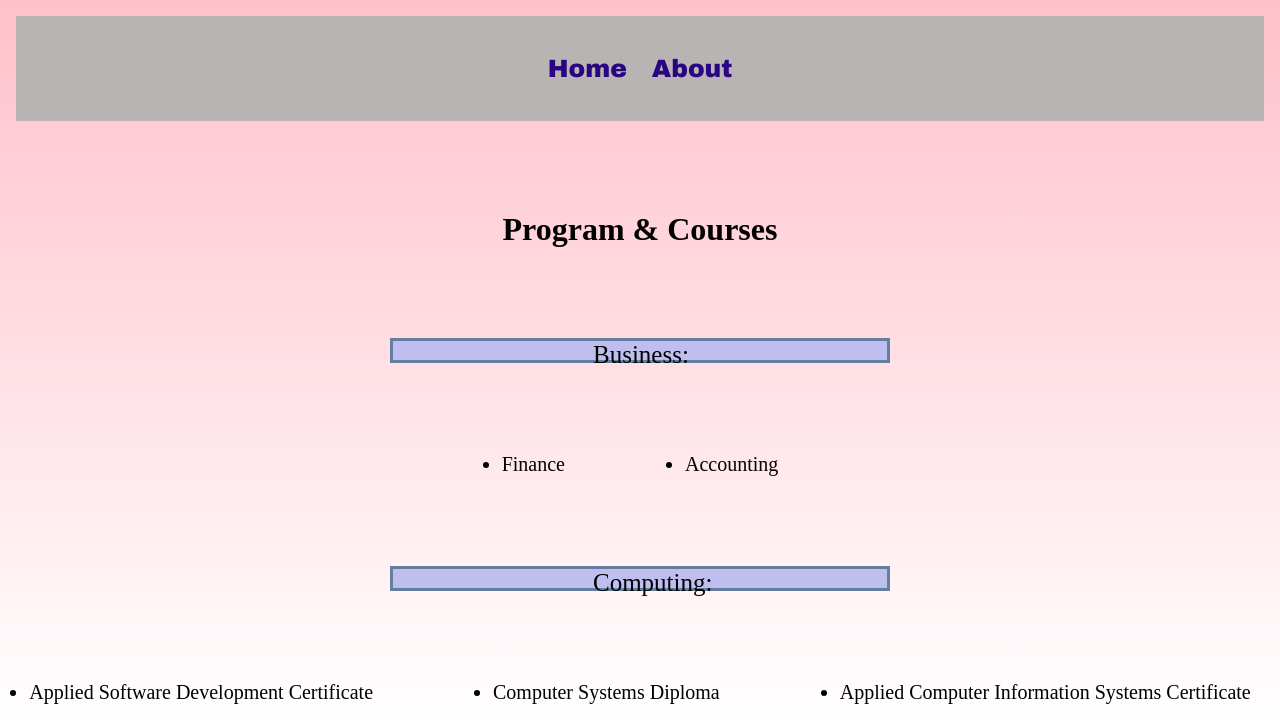
Repository: anoncoderin/madhu-assignment3
Page: /
An editor plug-in stored every save of this project. The page is shown before and after a run of saves, followed by the edit.
The browser window is 1280 px wide. The pictures show the whole page.
The project was rebuilt for these pictures with package versions that can differ from the ones it lists, and the page was loaded fresh each time. The framework's server and built-in components were replaced by stand-ins that run in the browser. Also part of the build but not shown: next.config.js, components/Card/Card.module.css.

Above is the page before, as saved 2023-01-23 12:33:03.

### pages/index.js
import Head from 'next/head'
import Image from 'next/image'
import { Inter } from '@next/font/google'
import styles from '@/styles/Home.module.css'
import { useState } from 'react'
import data from '../data/education.json'
import Link from 'next/link'
import Card from '../components/Card'
import style from '../components/Card/Card.module.css'

export default function Home() {
  console.log(data);
  const [information, setInformation] = useState([...data])
  return (
    <>
      <Head>

      </Head>
      <main className={styles.main}>
        <div className={styles.nav}>
        <p>

          <Link href="/"><b>Home &nbsp;&nbsp;</b></Link>
          <Link href="about"><b>About</b></Link>
        </p>
        </div>
        <h1>Program & Courses</h1>
      <div className={styles.heading}>Business:</div>
      <div className={styles.row}>
      {
        information && information.map((info, index)=>{
          if(info.department === "Business"){
            return(
              <Card key={index} degree={info.degree} font={20}></Card>
            )
          }
        })
      }
      </div>
      <div className={styles.heading}>Computing:</div>
      <div className={styles.row}>
      {
        information && information.map((info, index)=>{
          if(info.department === "Computing"){
            return(

              <Card key={index} degree={info.degree} font={20}></Card>
            )
          }
        })
      }
      </div>
      </main>
    </>
  )
}

### styles/globals.css
:root {
  --max-width: 1100px;
  --border-radius: 12px;
  --font-mono: ui-monospace, Menlo, Monaco, 'Cascadia Mono', 'Segoe UI Mono',
    'Roboto Mono', 'Oxygen Mono', 'Ubuntu Monospace', 'Source Code Pro',
    'Fira Mono', 'Droid Sans Mono', 'Courier New', monospace;

  --foreground-rgb: 0, 0, 0;
  --background-start-rgb: 255, 192, 203;
  --background-end-rgb: 255, 255, 255;

  --primary-glow: conic-gradient(
    from 180deg at 50% 50%,
    hsla(78, 61%, 87%, 0.2) 0deg,
    #0885ff33 55deg,
    #54d6ff33 120deg,
    #0071ff33 160deg,
    transparent 360deg
  );
  --secondary-glow: radial-gradient(
    rgba(255, 255, 255, 1),
    rgba(255, 255, 255, 0)
  );

  --tile-start-rgb: 239, 245, 249;
  --tile-end-rgb: 228, 232, 233;
  --tile-border: conic-gradient(
    #00000080,
    #00000040,
    #00000030,
    #00000020,
    #00000010,
    #00000010,
    #00000080
  );

  --callout-rgb: 238, 240, 241;
  --callout-border-rgb: 172, 175, 176;
  --card-rgb: 180, 185, 188;
  --card-border-rgb: 131, 134, 135;
}

@media (prefers-color-scheme: dark) {
  :root {
    --foreground-rgb: 255, 255, 255;
    --background-start-rgb: 0, 0, 0;
    --background-end-rgb: 0, 0, 0;

    --primary-glow: radial-gradient(rgba(1, 65, 255, 0.4), rgba(1, 65, 255, 0));
    --secondary-glow: linear-gradient(
      to bottom right,
      rgba(1, 65, 255, 0),
      rgba(1, 65, 255, 0),
      rgba(1, 65, 255, 0.3)
    );

    --tile-start-rgb: 2, 13, 46;
    --tile-end-rgb: 2, 5, 19;
    --tile-border: conic-gradient(
      #ffffff80,
      #ffffff40,
      #ffffff30,
      #ffffff20,
      #ffffff10,
      #ffffff10,
      #ffffff80
    );

    --callout-rgb: 20, 20, 20;
    --callout-border-rgb: 108, 108, 108;
    --card-rgb: 100, 100, 100;
    --card-border-rgb: 200, 200, 200;
  }
}

* {
  box-sizing: border-box;
  padding: 0;
  margin: 0;
}

html,
body {
  max-width: 100vw;
  overflow-x: hidden;
}

body {
  color: rgb(var(--foreground-rgb));
  background: linear-gradient(
      to bottom,
      transparent,
      rgb(var(--background-end-rgb))
    )
    rgb(var(--background-start-rgb));
}

a {
  color: inherit;
  text-decoration: none;
}
a:hover{
  color: rgb(92, 91, 91);
}

@media (prefers-color-scheme: dark) {
  html {
    color-scheme: dark;
  }
}

### styles/Home.module.css
.main {
  display: flex;
  flex-direction: column;
  justify-content: space-between;
  align-items: center;
  padding: 1rem;
  min-height: 100vh;
}
.row{
  display: flex;
  flex-direction: row;
  justify-content:space-evenly;
  gap: 120px;

}
.nav{
  display: flex;
  flex-direction: column;
  justify-content: space-between;
  align-items: center;
      padding: 39px;
  background-color: rgb(184, 180, 180);
  color: rgb(42, 4, 129);

  font-size: 25px;
  margin: 45;
  font-family: arial black;
  width: 100%;
}


.heading{
  padding-left: 200px;
  height: 25px;
  width: 500px;
  background-color: #bebeef;
  border-style:solid;
  border-color:#657d9f;
  font-size: 25px;
}

.degree{
  display: flex;
  flex-direction: column;

  gap: 5px;
}

.description {
  display: inherit;
  justify-content: inherit;
  align-items: inherit;
  font-size: 0.85rem;
  max-width: var(--max-width);
  width: 100%;
  z-index: 2;
  font-family: var(--font-mono);
}

.description a {
  display: flex;
  justify-content: center;
  align-items: center;
  gap: 0.5rem;
}

.description p {
  position: relative;
  margin: 0;
  padding: 1rem;
  background-color: rgba(var(--callout-rgb), 0.5);
  border: 1px solid rgba(var(--callout-border-rgb), 0.3);
  border-radius: var(--border-radius);
}

.code {
  font-weight: 700;
  font-family: var(--font-mono);
}

.grid {
  display: grid;
  grid-template-columns: repeat(4, minmax(25%, auto));
  width: var(--max-width);
  max-width: 100%;
}

.card {
  padding: 1rem 1.2rem;
  border-radius: var(--border-radius);
  background: rgba(var(--card-rgb), 0);
  border: 1px solid rgba(var(--card-border-rgb), 0);
  transition: background 200ms, border 200ms;
}

.card span {
  display: inline-block;
  transition: transform 200ms;
}

.card h2 {
  font-weight: 600;
  margin-bottom: 0.7rem;
}

.card p {
  margin: 0;
  opacity: 0.6;
  font-size: 0.9rem;
  line-height: 1.5;
  max-width: 30ch;
}

.center {
  display: flex;
  justify-content: center;
  align-items: center;
  position: relative;
  padding: 4rem 0;
}

.center::before {
  background: var(--secondary-glow);
  border-radius: 50%;
  width: 480px;
  height: 360px;
  margin-left: -400px;
}

.center::after {
  background: var(--primary-glow);
  width: 240px;
  height: 180px;
  z-index: -1;
}

.center::before,
.center::after {
  content: '';
  left: 50%;
  position: absolute;
  filter: blur(45px);
  transform: translateZ(0);
}

.logo,
.thirteen {
  position: relative;
}

.thirteen {
  display: flex;
  justify-content: center;
  align-items: center;
  width: 75px;
  height: 75px;
  padding: 25px 10px;
  margin-left: 16px;
  transform: translateZ(0);
  border-radius: var(--border-radius);
  overflow: hidden;
  box-shadow: 0px 2px 8px -1px #0000001a;
}

.thirteen::before,
.thirteen::after {
  content: '';
  position: absolute;
  z-index: -1;
}

/* Conic Gradient Animation */
.thirteen::before {
  animation: 6s rotate linear infinite;
  width: 200%;
  height: 200%;
  background: var(--tile-border);
}

/* Inner Square */
.thirteen::after {
  inset: 0;
  padding: 1px;
  border-radius: var(--border-radius);
  background: linear-gradient(
    to bottom right,
    rgba(var(--tile-start-rgb), 1),
    rgba(var(--tile-end-rgb), 1)
  );
  background-clip: content-box;
}

/* Enable hover only on non-touch devices */
@media (hover: hover) and (pointer: fine) {
  .card:hover {
    background: rgba(var(--card-rgb), 0.1);
    border: 1px solid rgba(var(--card-border-rgb), 0.15);
  }

  .card:hover span {
    transform: translateX(4px);
  }
}

@media (prefers-reduced-motion) {
  .thirteen::before {
    animation: none;
  }

  .card:hover span {
    transform: none;
  }
}

/* Mobile */
@media (max-width: 700px) {
  .content {
    padding: 4rem;
  }

  .grid {
    grid-template-columns: 1fr;
    margin-bottom: 120px;
    max-width: 320px;
    text-align: center;
  }

  .card {
    padding: 1rem 2.5rem;
  }

  .card h2 {
    margin-bottom: 0.5rem;
  }

  .center {
    padding: 8rem 0 6rem;
  }

  .center::before {
    transform: none;
    height: 300px;
  }

  .description {
    font-size: 0.8rem;
  }

  .description a {
    padding: 1rem;
  }

  .description p,
  .description div {
    display: flex;
    justify-content: center;
    position: fixed;
    width: 100%;
  }

  .description p {
    align-items: center;
    inset: 0 0 auto;
    padding: 2rem 1rem 1.4rem;
    border-radius: 0;
    border: none;
    border-bottom: 1px solid rgba(var(--callout-border-rgb), 0.25);
    background: linear-gradient(
      to bottom,
      rgba(var(--background-start-rgb), 1),
      rgba(var(--callout-rgb), 0.5)
    );
    background-clip: padding-box;
    backdrop-filter: blur(24px);
  }

  .description div {
    align-items: flex-end;
    pointer-events: none;
    inset: auto 0 0;
    padding: 2rem;
    height: 200px;
    background: linear-gradient(
      to bottom,
      transparent 0%,
      rgb(var(--background-end-rgb)) 40%
    );
    z-index: 1;
  }
}

/* Tablet and Smaller Desktop */
@media (min-width: 701px) and (max-width: 1120px) {
  .grid {
    grid-template-columns: repeat(2, 50%);
  }
}

@media (prefers-color-scheme: dark) {
  .vercelLogo {
    filter: invert(1);
  }

  .logo,
  .thirteen img {
    filter: invert(1) drop-shadow(0 0 0.3rem #ffffff70);
  }
}

@keyframes rotate {
  from {
    transform: rotate(360deg);
  }
  to {
    transform: rotate(0deg);
  }
}

### data/education.json
[
        {
            "studentNumber": "A0004567",
            "firstName": "Person 1",
            "gpa": 3.8,
            "department": "Business",
            "degree": "Finance",
            "graduted": 2014
        },
        {
            "studentNumber": "A0001234",
            "firstName": "Person 2",
            "gpa": 3.5,
            "department": "Business",
            "degree": "Accounting",
            "graduted": 2010
        },
        {
            "studentNumber": "A0007890",
            "firstName": "Person 3",
            "gpa": 3.2,
            "department": "Computing",
            "degree": "Applied Software Development Certificate",
            "graduted": 2018
        },
        {
            "studentNumber": "A0007828",
            "firstName": "Person 4",
            "gpa": 3.9,
            "department": "Computing",
            "degree": "Computer Systems Diploma",
            "graduted": 2021
        },
        {
            "studentNumber": "A0003425",
            "firstName": "Person 5",
            "gpa": 3.2,
            "department": "Computing",
            "degree": "Applied Computer Information Systems Certificate",
            "graduted": 2021
        }

]

### components/Card/index.js
export default function Card(
    {
        degree = "none",
        color = "purple",
        font = 10,
        image = 'icon/personTwo.png'
    }
) {
    return (
        <div style={{ backgroundcolor: color, fontSize: font }}>

            <ul>
                <li>
                    {degree}
                </li>

            </ul>
        </div>
    )
}

Loaded but not shown: pages/_app.js (common file); pages/_document.js (common file)

After the next 2 saves:
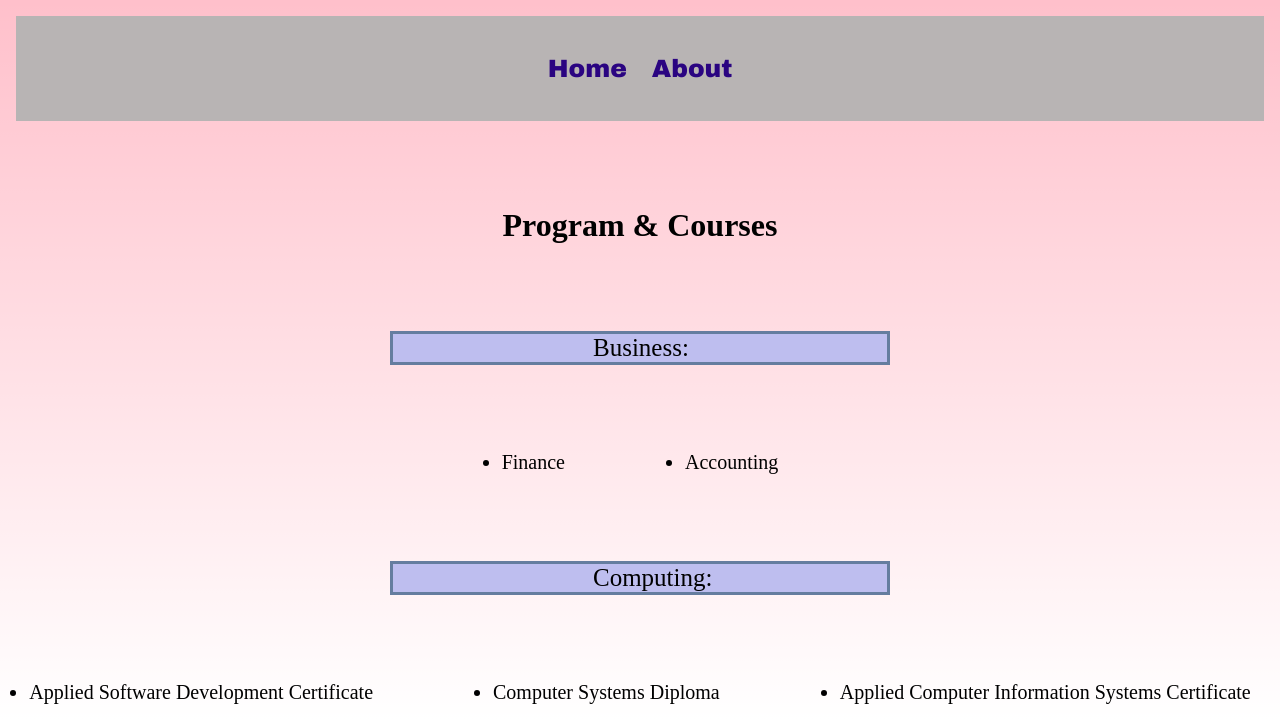
The 2 saves are shown as one change because they came seconds apart.
The last was saved 12 s later.
--- a/styles/Home.module.css
+++ b/styles/Home.module.css
@@ -31,7 +31,8 @@
 
 .heading{
   padding-left: 200px;
-  height: 25px;
+  height: 30
+  px;
   width: 500px;
   background-color: #bebeef;
   border-style:solid;
